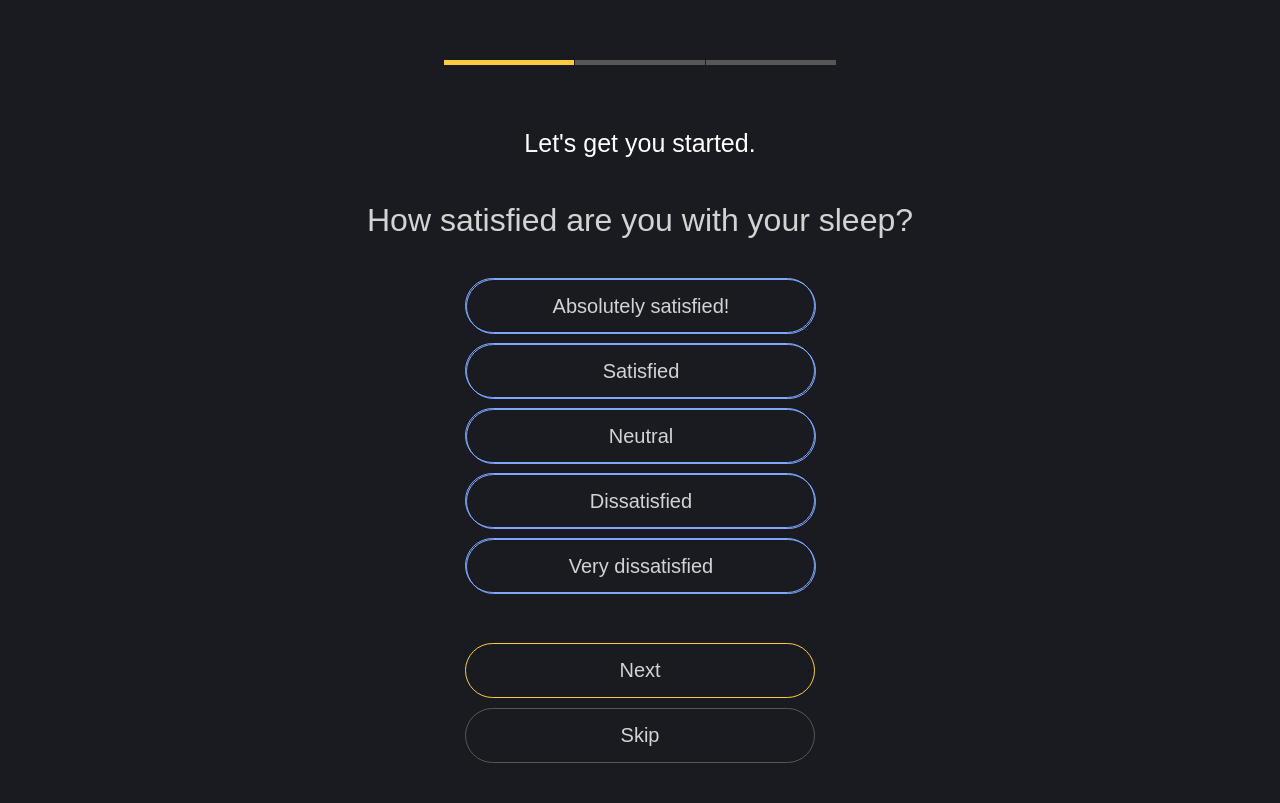
Repository: Crite-Spranberries/sleepixie_app
Page: /onboarding/page1
The author's editor kept a copy of each file at every save. The page is drawn from the files as they stood at one save, then again after the next save.
The browser window is 1280 px wide. The pictures show the whole page.
Some web fonts or font styles are not loaded; a fallback is used. The project was rebuilt for these pictures with package versions that can differ from the ones it lists, and the page was loaded fresh each time. The framework's server and built-in components were replaced by stand-ins that run in the browser. Also part of the build but not shown: next.config.mjs, ui/SkipOverlay/SkipOverlay.module.css, ui/buttons/YellowFilledButton.module.css, ui/buttons/YellowFilledButton.js, ui/SkipOverlay/SkipOverlay.js.

Above is the page before, as saved 2025-05-12 15:22:11.

After the next save:
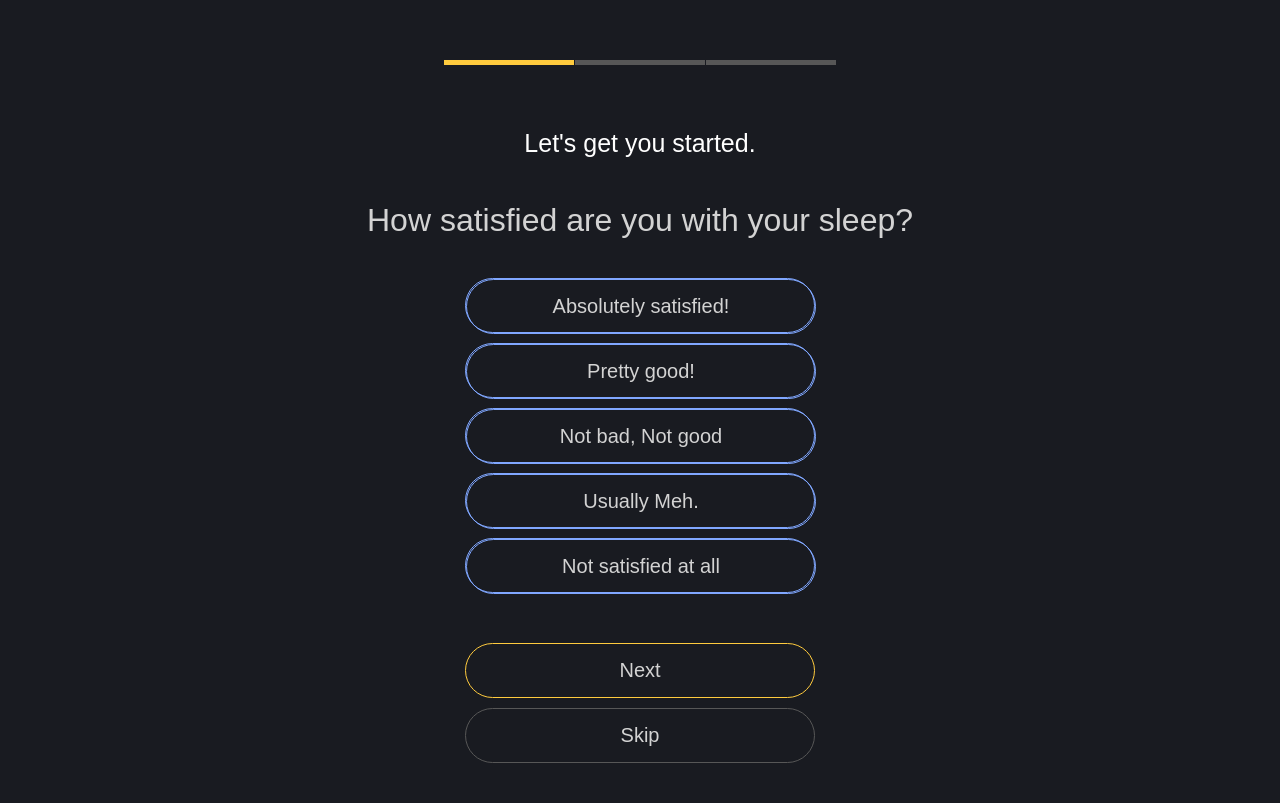
Saved 64 s later.
--- a/app/onboarding/page1/page.js
+++ b/app/onboarding/page1/page.js
@@ -38,24 +38,26 @@
                         }
                     />
                     <BlueButton
-                        label="Satisfied"
-                        isSelected={selectedButton === "Satisfied"}
-                        onClick={() => handleButtonClick("Satisfied")}
+                        label="Pretty good!"
+                        isSelected={selectedButton === "Pretty good!"}
+                        onClick={() => handleButtonClick("Pretty good!")}
                     />
                     <BlueButton
-                        label="Neutral"
-                        isSelected={selectedButton === "Neutral"}
-                        onClick={() => handleButtonClick("Neutral")}
+                        label="Not bad, Not good"
+                        isSelected={selectedButton === "Not bad, Not good"}
+                        onClick={() => handleButtonClick("Not bad, Not good")}
                     />
                     <BlueButton
-                        label="Dissatisfied"
-                        isSelected={selectedButton === "Dissatisfied"}
-                        onClick={() => handleButtonClick("Dissatisfied")}
+                        label="Usually Meh."
+                        isSelected={selectedButton === "Usually Meh."}
+                        onClick={() => handleButtonClick("Usually Meh.")}
                     />
                     <BlueButton
-                        label="Very dissatisfied"
-                        isSelected={selectedButton === "Very dissatisfied"}
-                        onClick={() => handleButtonClick("Very dissatisfied")}
+                        label="Not satisfied at all"
+                        isSelected={selectedButton === "Not satisfied at all"}
+                        onClick={() =>
+                            handleButtonClick("Not satisfied at all")
+                        }
                     />
                 </div>
                 <div className={styles.otherButtons}>
